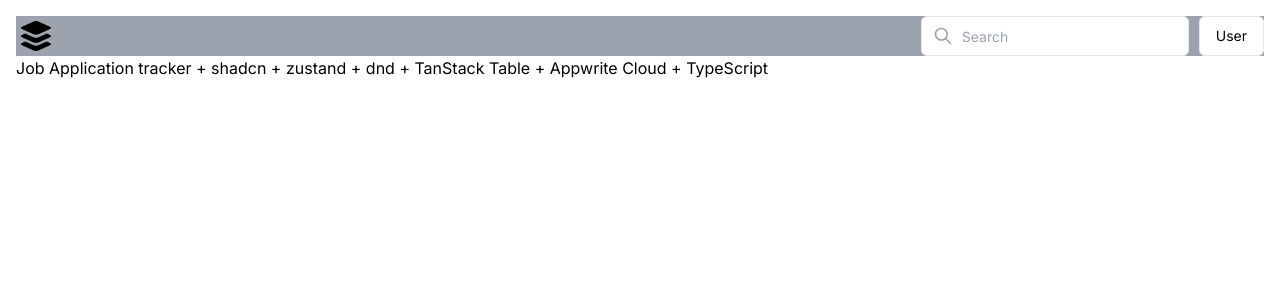
Repository: Vasil1001/job-applications-tracker-nextjs
Page: /
The author's editor kept a copy of each file at every save. The page is drawn from the files as they stood at one save, then again after the next save.
The browser window is 1280 px wide. The pictures show the whole page.
The project was rebuilt for these pictures with package versions that can differ from the ones it lists, and the page was loaded fresh each time. The framework's server and built-in components were replaced by stand-ins that run in the browser. Also part of the build but not shown: next.config.js.

Above is the page before, as saved 2023-06-24 15:54:32.

### app/layout.tsx
import "./globals.css";
import { Inter } from "next/font/google";

const inter = Inter({ subsets: ["latin"] });

export const metadata = {
  title: "Job Tracker",
  description: "Generated by create next app",
};

export default function RootLayout({
  children,
}: {
  children: React.ReactNode;
}) {
  return (
    <html lang="en">
      <body suppressHydrationWarning={true} className={inter.className}>{children}</body>
    </html>
  );
}

### app/page.tsx
import Header from "@/components/Header";
import Image from "next/image";

export default function Home() {
  return (
    <main className="flex min-h-screen min-w-screen flex-col justify-between p-4">
      {/* Header Component */}
      <Header />

      {/* Board dnd Component */}

    </main>
  );
}

### components/Header.tsx
import { Search } from "lucide-react";
import React from "react";
import SearchBar from "./navbar/SearchBar";
import { IoIosApps } from "react-icons/io";
import {RiSendPlaneLine} from "react-icons/ri";
import { BiNotepad } from "react-icons/bi";

export default function Header() {
  return (
    <div>
      <div className="flex justify-between bg-gray-400">
        <div className="flex">
            <IoIosApps size={40} /> </div>
        <div className="flex gap-2.5">
          <SearchBar />
          <button className="py-2 px-4 text-black border focus-visible:outline-none focus-visible:ring-1 focus:ring-gray-400 bg-white border-gray-200 sm:text-sm rounded-md hover:border-gray-300 ">
            User
          </button>
        </div>
      </div>

      <h1>
        Job Application tracker + shadcn + zustand + dnd + TanStack Table +
        Appwrite Cloud + TypeScript
      </h1>
    </div>
  );
}

### components/navbar/SearchBar.tsx
import React from "react";

export default function SearchBar() {
  return (
    <div className="relative">
      <span className="absolute inset-y-0 left-0 flex items-center pl-3">
        <svg className="w-5 h-5 text-gray-400" viewBox="0 0 24 24" fill="none">
          <path
            d="M21 21L15 15M17 10C17 13.866 13.866 17 10 17C6.13401 17 3 13.866 3 10C3 6.13401 6.13401 3 10 3C13.866 3 17 6.13401 17 10Z"
            stroke="currentColor"
            strokeWidth="2"
            strokeLinecap="round"
            strokeLinejoin="round"
          ></path>
        </svg>
      </span>

      <input
        type="text"
        className="w-full h-full py-2 pl-10 pr-4 border focus-visible:outline-none focus-visible:ring-1 focus:ring-gray-400 text-black bg-white border-gray-200 sm:text-sm rounded-md hover:border-gray-300 placeholder:text-gray-400 focus:placeholder:text-gray-500"
        placeholder="Search"
      />
    </div>
  );
}

Loaded but not shown: app/globals.css (common file); tailwind.config.js (common file)

After the next save:
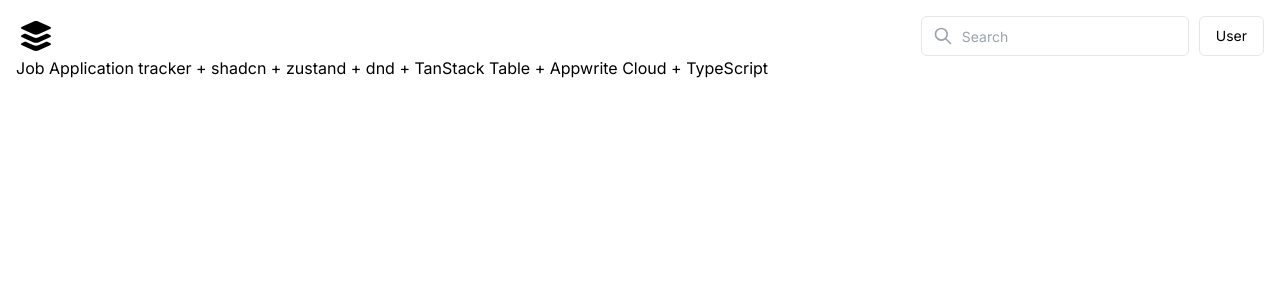
Saved 6 s later.
--- a/components/Header.tsx
+++ b/components/Header.tsx
@@ -8,7 +8,7 @@ import { BiNotepad } from "react-icons/bi";
 export default function Header() {
   return (
     <div>
-      <div className="flex justify-between bg-gray-400">
+      <div className="flex justify-between">
         <div className="flex">
             <IoIosApps size={40} /> </div>
         <div className="flex gap-2.5">
